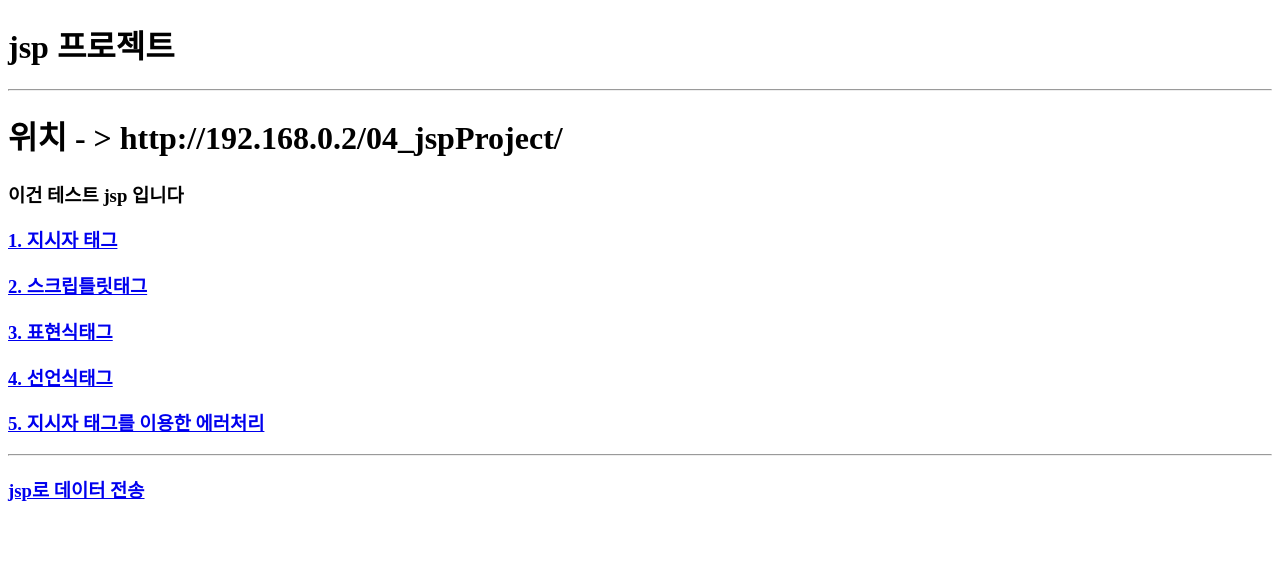
Repository: beescuit9510/toyProjects
Page: http://localhost/04_jspProject/
The author's editor kept a copy of each file at every save. The page is drawn from the files as they stood at one save, then again after the next save.
The browser window is 1280 px wide. The pictures show the whole page.
The page is served by Tomcat 9.

Above is the page before, as saved 2021-09-30 05:20:37.

After the next save:
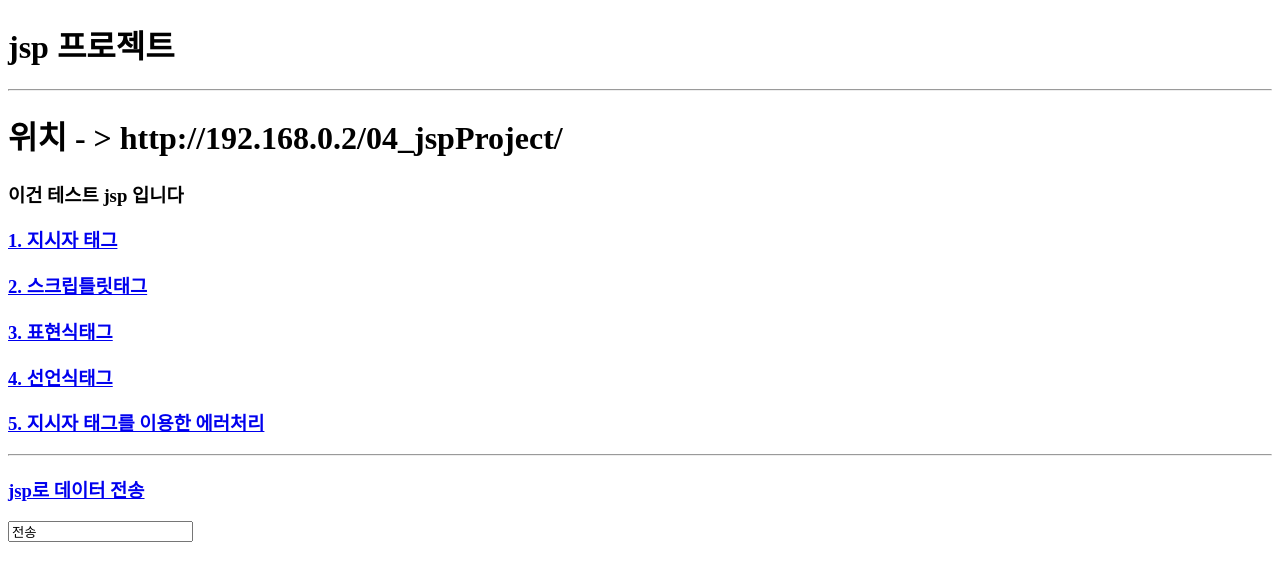
Saved 17 min 59 s later.
--- a/web-server-workplace/04_jspProject/src/main/webapp/index.jsp
+++ b/web-server-workplace/04_jspProject/src/main/webapp/index.jsp
@@ -18,6 +18,11 @@
 	<h3><a href="/04_jspProject/jsp/errorTest.jsp">5. 지시자 태그를 이용한 에러처리</a></h3>
 	<hr>
 	<h3><a href="/04_jspProject/jsp/sendData1.jsp?name=변덕&age=20&addr=서울">jsp로 데이터 전송</a></h3>
+	<form action="/04_jspProject/jsp/sendData2.jsp" method="get">
+		<input type="text" name="data1><br>
+		<input type="text" name="data1><br>
+		<input type="submit" value="전송"><br>
+	</form>
 
 </body>
 </html>
